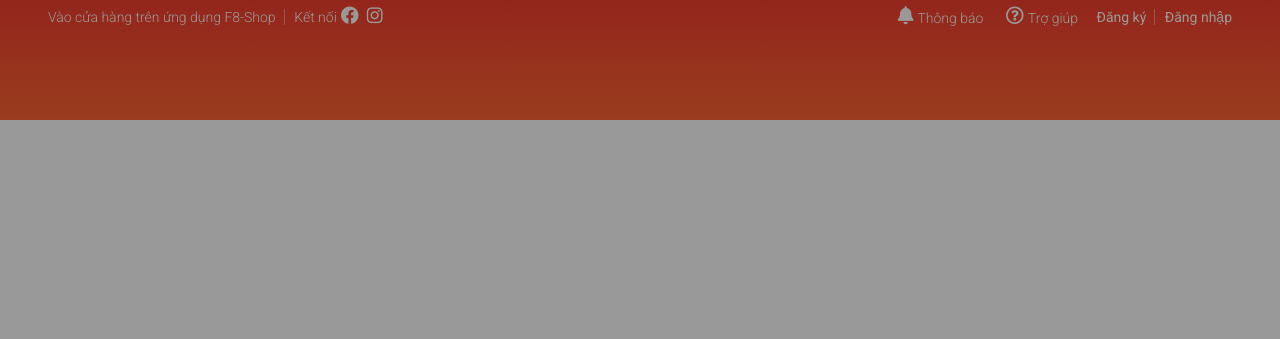
Repository: huynhnhan112/Shopee_Homepage
Page: index.html
An editor plug-in stored every save of this project. The page is shown before and after the next save, followed by the edit.
The browser window is 1280 px wide. The pictures show the whole page.

Above is the page before, as saved 2021-11-19 12:26:27.

After the next save:
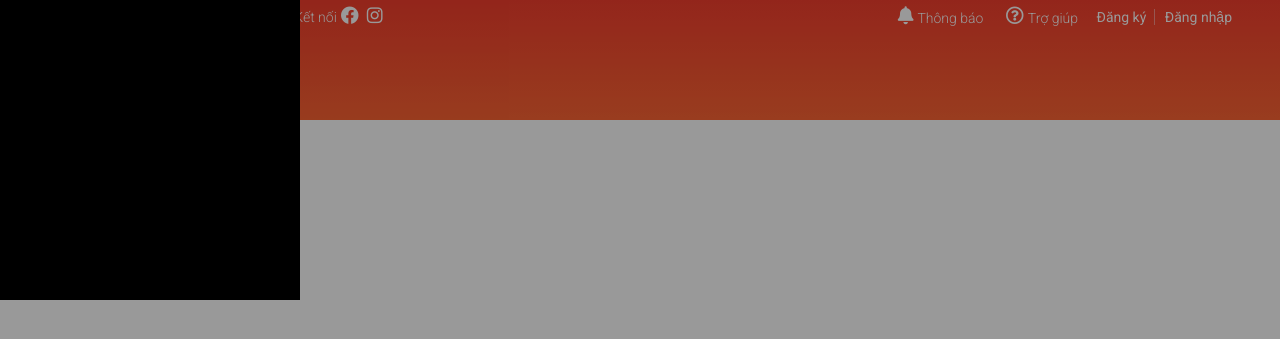
Saved 95 s later.
--- a/assets/css/base.css
+++ b/assets/css/base.css
@@ -47,6 +47,7 @@
     left: 0;
     right: 0;
     bottom: 0;
+    display: flex;
 }
 
 .modal__overclay{
@@ -55,3 +56,10 @@
     height: 100%;
     background-color: rgba(0,0,0,0.4);
 }
+
+.modal__body{
+    position: absolute;
+    width: 300px;
+    height: 300px;
+    background-color: #000;
+}
